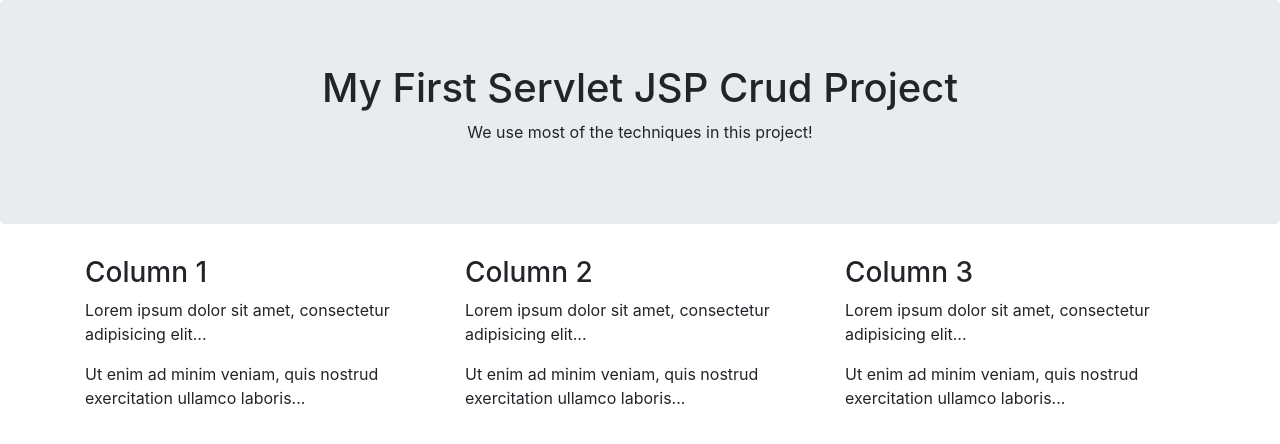
Repository: jagasia/sep-07
Page: http://localhost/sep-07-04/signup.jsp
These files come from the project's save history. The page is drawn as it stood at one moment and after the next save; the edit follows.
The browser window is 1280 px wide. The pictures show the whole page.
The page is served by Tomcat 9.

Above is the page before, as saved 2022-09-07 09:47:42.

After the next save:
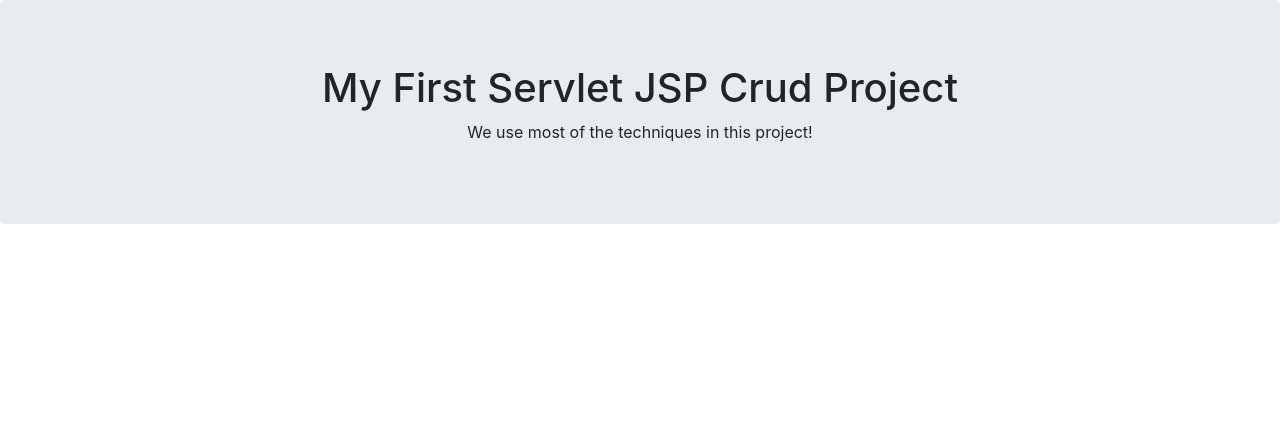
Saved 24 s later.
--- a/sep-07-04/WebContent/signup.jsp
+++ b/sep-07-04/WebContent/signup.jsp
@@ -19,19 +19,16 @@
 <div class="container">
   <div class="row">
     <div class="col-sm-4">
-      <h3>Column 1</h3>
-      <p>Lorem ipsum dolor sit amet, consectetur adipisicing elit...</p>
-      <p>Ut enim ad minim veniam, quis nostrud exercitation ullamco laboris...</p>
+      <h3></h3>
+
     </div>
     <div class="col-sm-4">
-      <h3>Column 2</h3>
-      <p>Lorem ipsum dolor sit amet, consectetur adipisicing elit...</p>
-      <p>Ut enim ad minim veniam, quis nostrud exercitation ullamco laboris...</p>
+      <h3></h3>
+
     </div>
     <div class="col-sm-4">
-      <h3>Column 3</h3>
-      <p>Lorem ipsum dolor sit amet, consectetur adipisicing elit...</p>
-      <p>Ut enim ad minim veniam, quis nostrud exercitation ullamco laboris...</p>
+      <h3></h3>
+
     </div>
   </div>
 </div>
